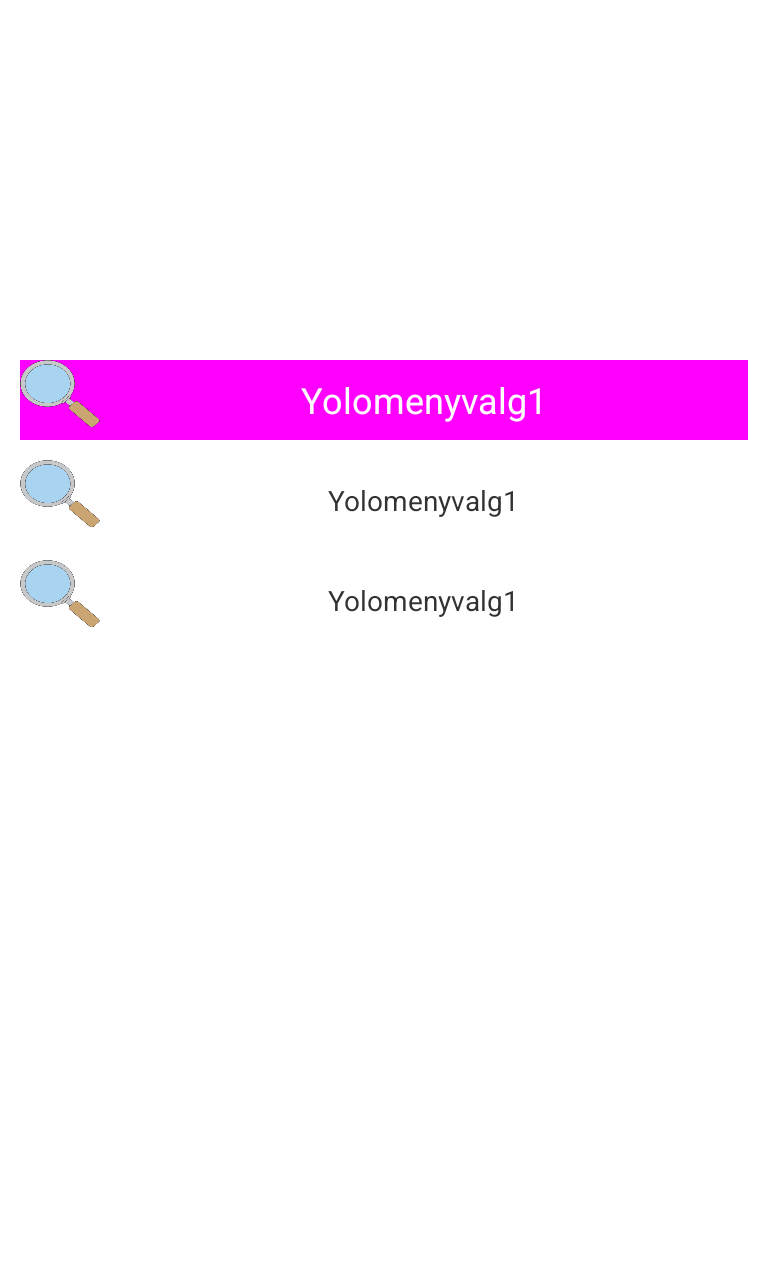
Repository: pumalove/workspace
Layout: MainActivity/res/layout/gridview.xml
The author's editor kept a copy of each file at every save. The layout is drawn from the files as they stood at one save, then again after the next save.
It is drawn on a 768 x 1280 px phone screen (xhdpi) without system bars, with theme AppTheme; the app's code is not run. Lists and similar views that code fills are empty.

Above is the layout before, as saved 2014-03-17 12:49:50.

After the next save:
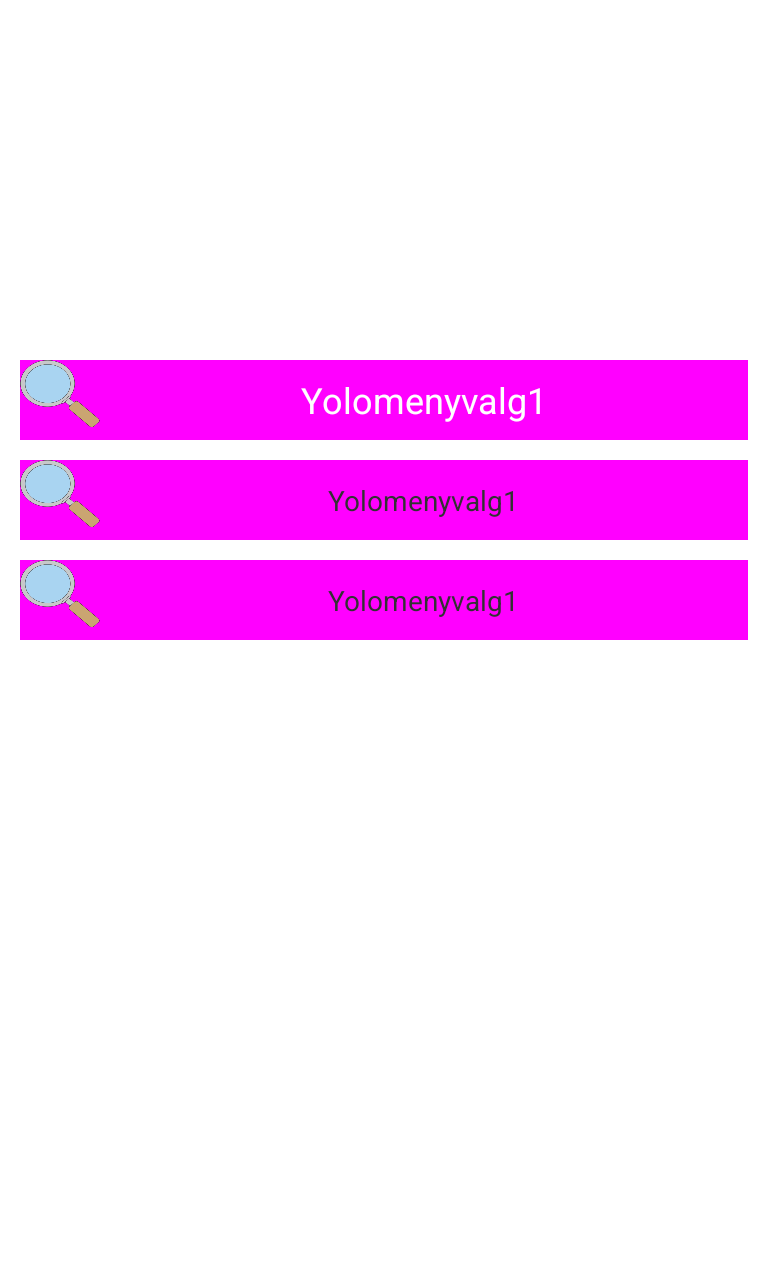
Saved 79 s later.
--- a/MainActivity/res/layout/gridview.xml
+++ b/MainActivity/res/layout/gridview.xml
@@ -74,7 +74,9 @@
             android:orientation="horizontal"
             android:gravity="center"
             android:clickable="true"
-            android:focusable="true">
+            android:focusable="true"
+            android:background="#FF00FF"
+            >
 
             <ImageView
                 android:id="@+id/imageView2"
@@ -105,7 +107,8 @@
             android:orientation="horizontal"
             android:gravity="center"
             android:clickable="true"
-            android:focusable="true">
+            android:focusable="true"
+            android:background="#FF00FF">
 
             <ImageView
                 android:id="@+id/imageView3"
